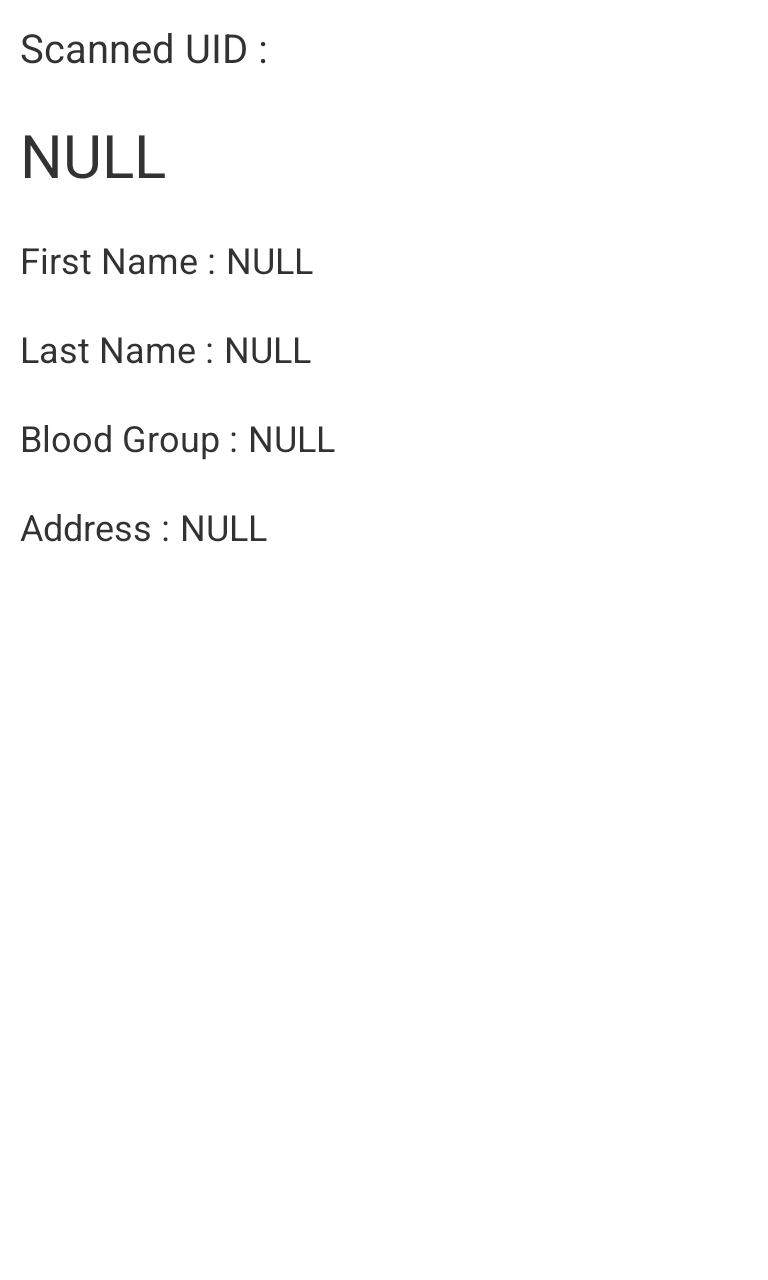
Repository: LennoxAlexion/UID
Layout: Android App/Uid-Project/res/layout/activity_qr_result.xml
An editor plug-in stored every save of this project. The layout is shown before and after the next save, followed by the edit.
It is drawn on a 768 x 1280 px phone screen (xhdpi) without system bars, with theme AppTheme; the app's code is not run.

Above is the layout before, as saved 2015-03-29 07:04:12.

After the next save:
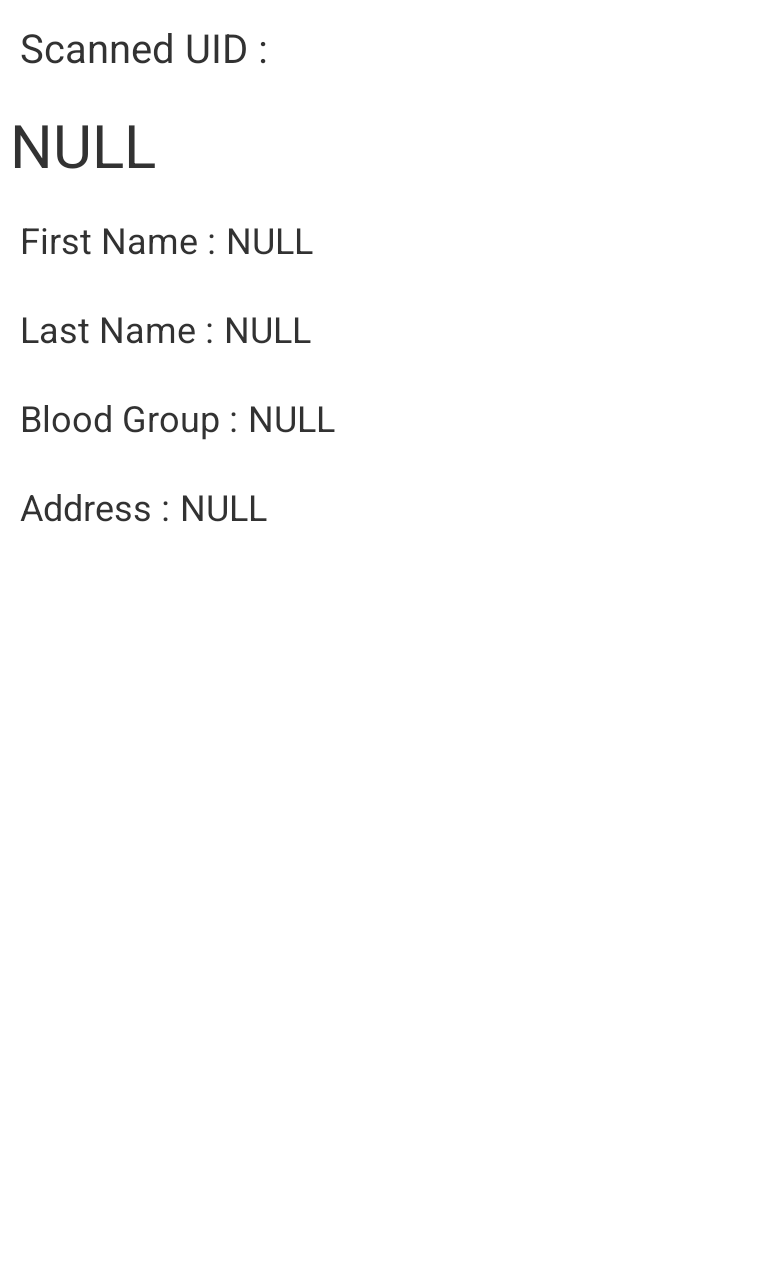
Saved 15 s later.
--- a/Android App/Uid-Project/res/layout/activity_qr_result.xml
+++ b/Android App/Uid-Project/res/layout/activity_qr_result.xml
@@ -17,7 +17,7 @@
         android:layout_width="wrap_content"
         android:layout_height="wrap_content"
         android:text="NULL"
-        android:layout_margin="10dp"
+        android:layout_margin="5dp"
         android:textSize="30dp" />
 
 
